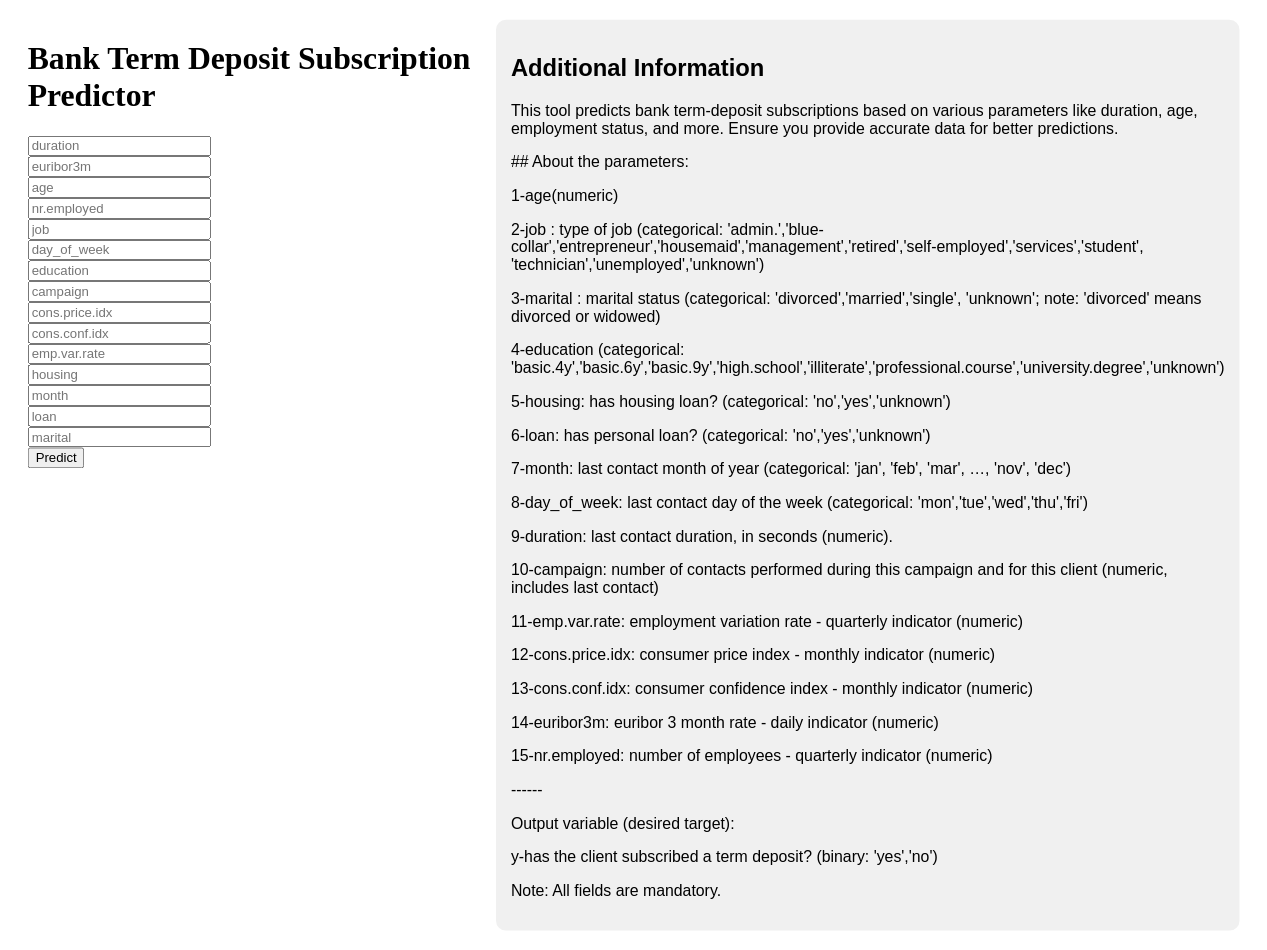
Repository: sameerhussain6/End-to-End-ML-Bank-term-Prediction
Page: templates/home.html
The author's editor kept a copy of each file at every save. The page is drawn from the files as they stood at one save, then again after the next save.
The browser window is 1280 px wide. The pictures show the whole page, at 99% of full size.
Some web fonts or font styles are not loaded; a fallback is used. The template is drawn by Flask 3. The application's start-up code is not run. Other server files are loaded and not shown. The template is opened directly, without the code that normally fills it, so the values that code supplies are empty.

Above is the page before, as saved 2025-01-31 19:43:17.

### templates/home.html
<!DOCTYPE html>
<html>

<head>
  <meta charset="UTF-8">
  <title>BANK TERM-DEPOSIT Subscription</title>
  <link href='https://fonts.googleapis.com/css?family=Pacifico' rel='stylesheet' type='text/css'>
  <link href='https://fonts.googleapis.com/css?family=Arimo' rel='stylesheet' type='text/css'>
  <link href='https://fonts.googleapis.com/css?family=Hind:300' rel='stylesheet' type='text/css'>
  <link href='https://fonts.googleapis.com/css?family=Open+Sans+Condensed:300' rel='stylesheet' type='text/css'>

  <style>
    .content-container {
      display: flex;
      justify-content: space-between;
      margin: 20px;
    }
    .login {
      width: 60%;
    }
    .info-box {
      width: 85%;
      background-color: #f0f0f0;
      padding: 15px;
      border-radius: 10px;
      font-family: 'Arimo', sans-serif;
    }
  </style>
</head>

<body>
  <div class="content-container">
    <div class="login">
      <h1>Bank Term Deposit Subscription Predictor</h1>

      <form action="{{ url_for('predict')}}" method="post">
        <input type="text" name="duration" placeholder="duration" required="required" /><br>
        <input type="text" name="euribor3m" placeholder="euribor3m" required="required" /><br>
        <input type="text" name="age" placeholder="age" required="required" /><br>
        <input type="text" name="nr.employed" placeholder="nr.employed" required="required" /><br>
        <input type="text" name="job" placeholder="job" required="required" /><br>
        <input type="text" name="day_of_week" placeholder="day_of_week" required="required" /><br>
        <input type="text" name="education" placeholder="education" required="required" /><br>
        <input type="text" name="campaign" placeholder="campaign" required="required" /><br>
        <input type="text" name="cons.price.idx" placeholder="cons.price.idx" required="required" /><br>
        <input type="text" name="cons.conf.idx" placeholder="cons.conf.idx" required="required" /><br>
        <input type="text" name="emp.var.rate" placeholder="emp.var.rate" required="required" /><br>
        <input type="text" name="housing" placeholder="housing" required="required" /><br>
        <input type="text" name="month" placeholder="month" required="required" /><br>
        <input type="text" name="loan" placeholder="loan" required="required" /><br>
        <input type="text" name="marital" placeholder="marital" required="required" /><br>
        <button type="submit" class="btn btn-primary btn-block btn-large">Predict</button>

    </form>
  </p>{{prediction_text}}</p>
    </div>


    <div class="info-box">
      <h2>Additional Information</h2>
      <p>This tool predicts bank term-deposit subscriptions based on various parameters like duration, age, employment status,
        and more. Ensure you provide accurate data for better predictions.</p>
      </p>## About the parameters:</p>
    </p>1-age(numeric)</p>
    </p>2-job : type of job (categorical: 'admin.','blue-collar','entrepreneur','housemaid','management','retired','self-employed','services','student',
    'technician','unemployed','unknown')</p>
    </p>3-marital : marital status (categorical: 'divorced','married','single',
                   'unknown'; note: 'divorced' means divorced or widowed)</p>
    </p>4-education (categorical: 'basic.4y','basic.6y','basic.9y','high.school','illiterate','professional.course','university.degree','unknown')</p>
    </p>5-housing: has housing loan? (categorical: 'no','yes','unknown')</p>
    </p>6-loan: has personal loan? (categorical: 'no','yes','unknown')</p>
    </p>7-month: last contact month of year (categorical: 'jan', 'feb', 'mar', …, 'nov', 'dec')</p>
    </p>8-day_of_week: last contact day of the week (categorical: 'mon','tue','wed','thu','fri')</p>
    </p>9-duration: last contact duration, in seconds (numeric).</p>
    </p>10-campaign: number of contacts performed during this campaign and for this client (numeric, includes last contact)</p>
    </p>11-emp.var.rate: employment variation rate - quarterly indicator (numeric)</p>
    </p>12-cons.price.idx: consumer price index - monthly indicator (numeric)</p>
    </p>13-cons.conf.idx: consumer confidence index - monthly indicator (numeric)</p>
    </p>14-euribor3m: euribor 3 month rate - daily indicator (numeric)</p>
    </p>15-nr.employed: number of employees - quarterly indicator (numeric)</p>
        ------
    </p>Output variable (desired target):</p>
  </p>y-has the client subscribed a term deposit? (binary: 'yes','no')</p>
      <p>Note: All fields are mandatory.</p>
    </div>
  </div>
</body>

</html>

After the next save:
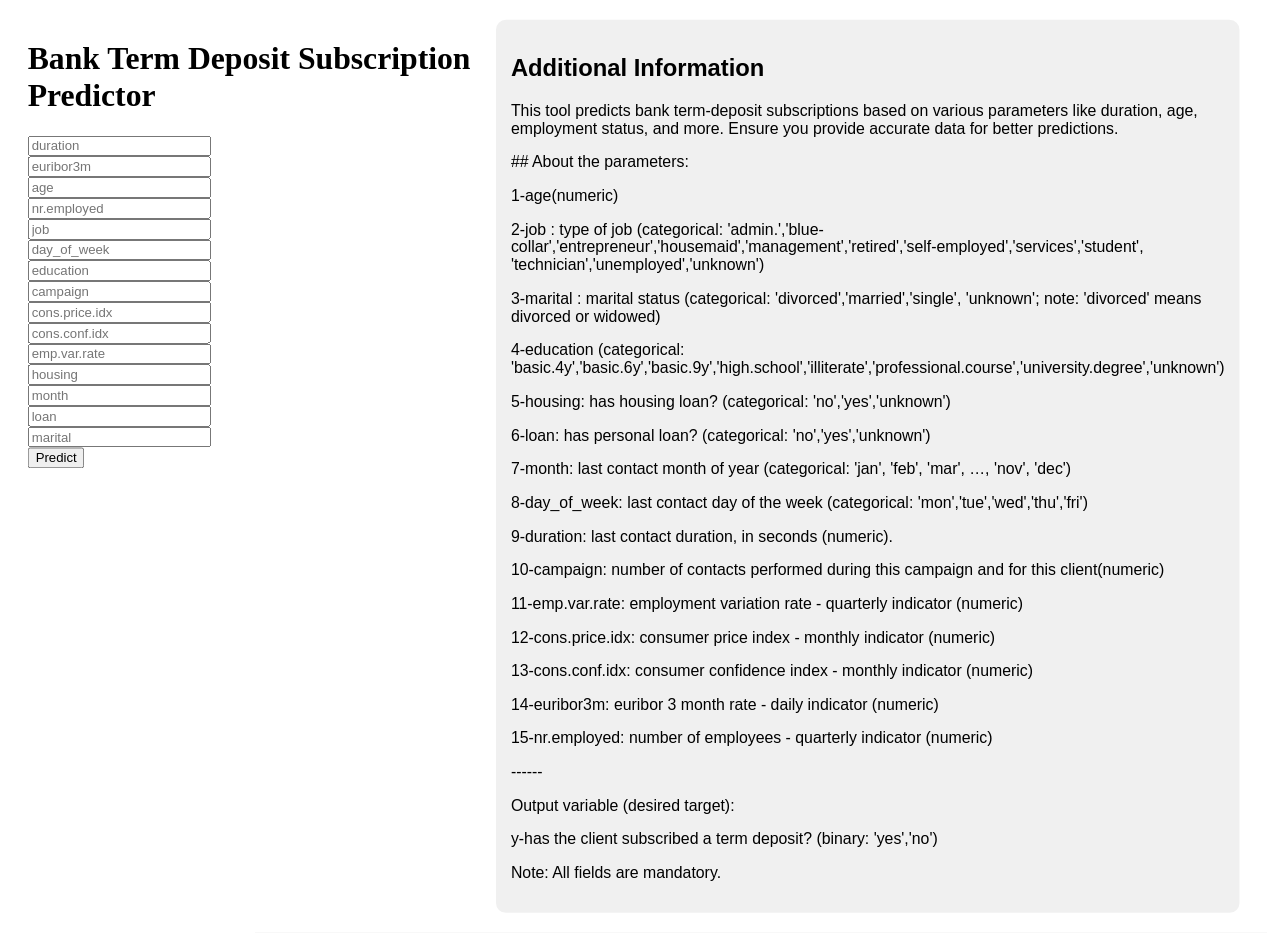
Saved 36 s later.
--- a/templates/home.html
+++ b/templates/home.html
@@ -72,7 +72,7 @@
     </p>7-month: last contact month of year (categorical: 'jan', 'feb', 'mar', …, 'nov', 'dec')</p>
     </p>8-day_of_week: last contact day of the week (categorical: 'mon','tue','wed','thu','fri')</p>
     </p>9-duration: last contact duration, in seconds (numeric).</p>
-    </p>10-campaign: number of contacts performed during this campaign and for this client (numeric, includes last contact)</p>
+    </p>10-campaign: number of contacts performed during this campaign and for this client(numeric)</p>
     </p>11-emp.var.rate: employment variation rate - quarterly indicator (numeric)</p>
     </p>12-cons.price.idx: consumer price index - monthly indicator (numeric)</p>
     </p>13-cons.conf.idx: consumer confidence index - monthly indicator (numeric)</p>
